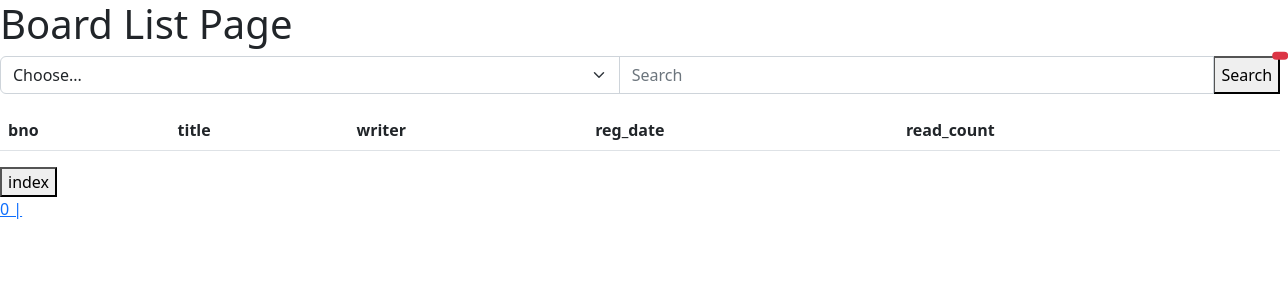
Repository: dhalfks/jsp_230602
Page: http://localhost/jsp_project/board/list.jsp
These files come from the project's save history. The page is drawn as it stood at one moment and after the next save; the edit follows.
The browser window is 1280 px wide. The page is 1288 px wide, then 1280 px, so the pictures cover 1288 px, including what lies to the right of the window. The pictures show the whole page.
The page is served by Tomcat 9. Other server files are loaded and not shown. The template is opened directly, without the code that normally fills it, so the values that code supplies are empty.

Above is the page before, as saved 2023-05-24 06:12:12.

### jsp_project2/jsp_project/src/main/webapp/board/list.jsp
<%@ page language="java" contentType="text/html; charset=UTF-8"
    pageEncoding="UTF-8"%>
<%@ taglib uri="http://java.sun.com/jsp/jstl/core"  prefix="c" %>
<!DOCTYPE html>
<html>
<head>
<meta charset="UTF-8">
<title>Board List Page</title>
<!-- CSS only -->
<link href="https://cdn.jsdelivr.net/npm/bootstrap@5.2.2/dist/css/bootstrap.min.css" rel="stylesheet" integrity="sha384-Zenh87qX5JnK2Jl0vWa8Ck2rdkQ2Bzep5IDxbcnCeuOxjzrPF/et3URy9Bv1WTRi" crossorigin="anonymous">
<!-- JavaScript Bundle with Popper -->
<script src="https://cdn.jsdelivr.net/npm/bootstrap@5.2.2/dist/js/bootstrap.bundle.min.js" integrity="sha384-OERcA2EqjJCMA+/3y+gxIOqMEjwtxJY7qPCqsdltbNJuaOe923+mo//f6V8Qbsw3" crossorigin="anonymous"></script>
</head>
<body>
<h1>Board List Page</h1>
<!-- 검색 라인 -->
<form action="/brd/page" method="post">
	<div  class="input-group mb-3">
		<c:set value="${pgh.pgvo.type }" var="typed"></c:set>
		<select name="type" class="form-select">
		<!-- selected : 현재 내가 선택한 값 -->
			<option ${typed == null ? 'selected':'' }>Choose...</option>
			<option value="t" ${typed eq 't' ? 'selected':'' }>title</option>
			<option value="c" ${typed eq 'c' ? 'selected':'' }>content</option>
			<option value="w" ${typed eq 'w' ? 'selected':'' }>writer</option>
			<option value="tc" ${typed eq 'tc' ? 'selected':'' }>title or content</option>
			<option value="tw" ${typed eq 'tw' ? 'selected':'' }>title or writer</option>
			<option value="cw" ${typed eq 'cw' ? 'selected':'' }>content or writer</option>
		</select>
		<input class="form-control" type="text" name="keyword" placeholder="Search">
		<input type="hidden" name="pageNo" value="${pgh.pgvo.pageNo }">
		<input type="hidden" name="qty" value="${pgh.pgvo.qty }">
		<button type="submit">Search
		<span class="position-absolute top-0 start-100 translate-middle badge rounded-pill bg-danger">
    		${pgh.totalCount }
    		<span class="visually-hidden">unread messages</span></span>
		</button>

	</div>
</form>


<table class="table table-hover">
<tr>
	<th>bno</th>
	<th>title</th>
	<th>writer</th>
	<th>reg_date</th>
	<th>read_count</th>
</tr>
<c:forEach items="${list }" var="bvo">
<tr>
	<td>${bvo.bno }</td>
	<td><a href="/brd/detail?bno=${bvo.bno }">${bvo.title }</a></td>
	<td>${bvo.writer }</td>
	<td>${bvo.reg_date }</td>
	<td>${bvo.read_count }</td>
</tr>
</c:forEach>
</table>
<a href="/"><button>index</button></a> <br>

<!-- 페이지네이션 위치 -->
<!-- 컨트롤러에서 page 정보를 싣고 와야함.  -->
<!-- startpage~endpage까지 숫자 반복 foreach -->
<!-- 이전페이지 -->
<c:if test="${pgh.prev }">
	<a href="/brd/page?pageNo=${pgh.startPage-1 }&qty=${pgh.pgvo.qty}&type=${pgh.pgvo.type}&keyword=${pgh.pgvo.keyword}"> ◁ </a>
</c:if>
<c:forEach begin="${pgh.startPage }" end="${pgh.endPage }" var="i">
	<a href="/brd/page?pageNo=${i }&qty=${pgh.pgvo.qty}&type=${pgh.pgvo.type}&keyword=${pgh.pgvo.keyword}">${i } | </a>
</c:forEach>
<!-- 다음페이지 -->
<c:if test="${pgh.next }">
	<a href="/brd/page?pageNo=${pgh.endPage+1 }&qty=${pgh.pgvo.qty}&type=${pgh.pgvo.type}&keyword=${pgh.pgvo.keyword}"> ▷ </a>
</c:if>
</body>
</html>

After the next save:
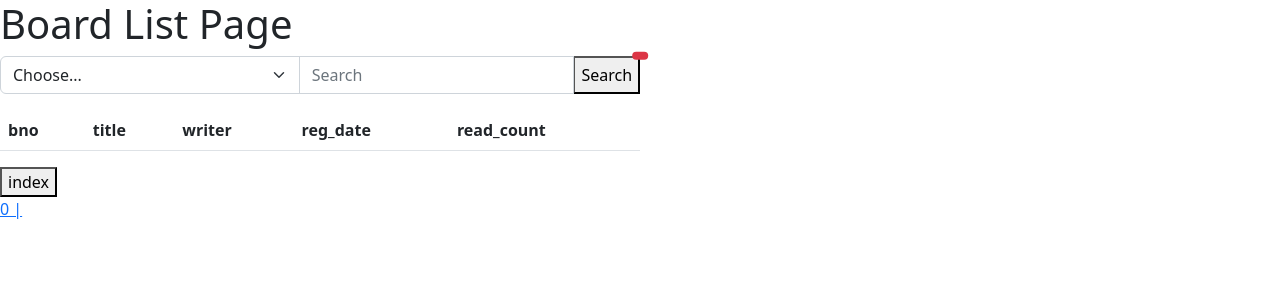
Saved 58 s later.
--- a/jsp_project2/jsp_project/src/main/webapp/board/list.jsp
+++ b/jsp_project2/jsp_project/src/main/webapp/board/list.jsp
@@ -14,6 +14,7 @@
 <body>
 <h1>Board List Page</h1>
 <!-- 검색 라인 -->
+<div class="col-sm-12 col-md-6">
 <form action="/brd/page" method="post">
 	<div  class="input-group mb-3">
 		<c:set value="${pgh.pgvo.type }" var="typed"></c:set>
